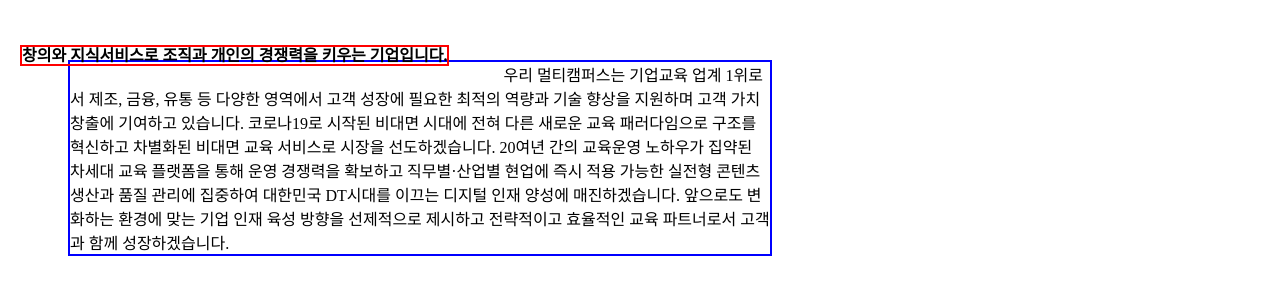
Repository: zmfhd1/Web
Page: boardtest/WebContent/absolute.html
These files come from the project's save history. The page is drawn as it stood at one moment and after the next save; the edit follows.
The browser window is 1280 px wide. The pictures show the whole page.

Above is the page before, as saved 2021-08-23 01:06:23.

### boardtest/WebContent/absolute.html
<!DOCTYPE html>
<head>
  <meta charset="UTF-8">
  <title>Document</title>
  <style type="text/css">
  .content{
  border : 2px solid blue;
  width : 700px;
  margin: 40px;
   position : relative;
  top : 20px;
  left : 20px;
  }

  b{
  border : 2px solid red;
  position : relative;
  top : -20px;
  right : 50px;
  }
  </style>


</head>

<body>
    <div class="content">
      <div class="text">
        <b>창의와 지식서비스로 조직과 개인의 경쟁력을 키우는 기업입니다.</b>
        우리 멀티캠퍼스는 기업교육 업계 1위로서 제조, 금융, 유통 등 다양한 영역에서 고객 성장에 필요한 최적의 역량과 기술 향상을 지원하며 고객 가치 창출에 기여하고 있습니다.
	코로나19로 시작된 비대면 시대에 전혀 다른 새로운 교육 패러다임으로 구조를 혁신하고 차별화된 비대면 교육 서비스로 시장을 선도하겠습니다.
	20여년 간의 교육운영 노하우가 집약된 차세대 교육 플랫폼을 통해 운영 경쟁력을 확보하고 직무별·산업별 현업에 즉시 적용 가능한 실전형 콘텐츠 생산과 품질 관리에 집중하여 대한민국 DT시대를 이끄는 디지털 인재 양성에 매진하겠습니다.
	앞으로도 변화하는 환경에 맞는 기업 인재 육성 방향을 선제적으로 제시하고 전략적이고 효율적인 교육 파트너로서 고객과 함께 성장하겠습니다.
      </div>
    </div>
</body>
</html>

After the next save:
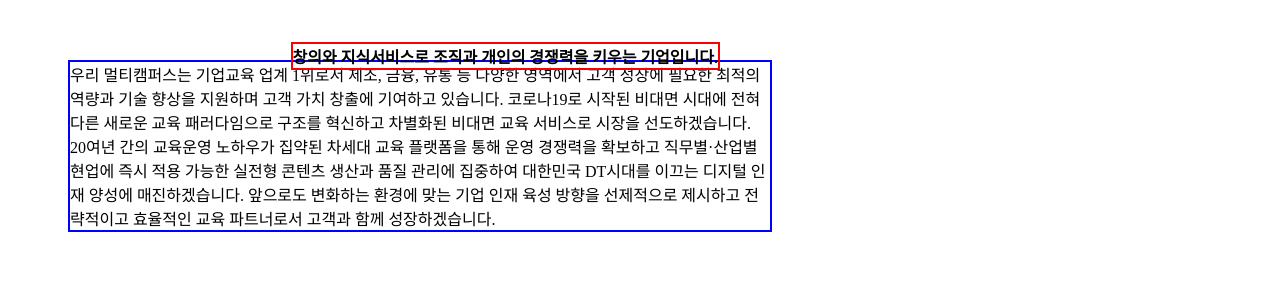
Saved 18 min 39 s later.
--- a/boardtest/WebContent/absolute.html
+++ b/boardtest/WebContent/absolute.html
@@ -14,7 +14,7 @@
 
   b{
   border : 2px solid red;
-  position : relative;
+  position : absolute; /*부모태그영역*/
   top : -20px;
   right : 50px;
   }
